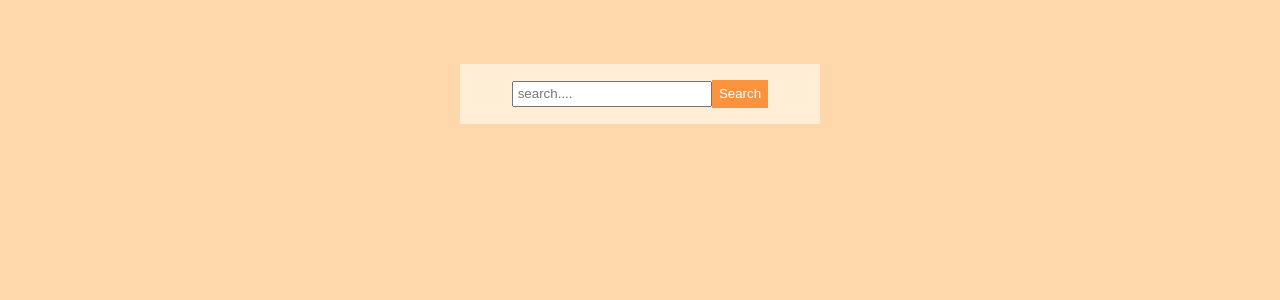
Repository: sandipkarmokar/recipeApp
Page: /
The author's editor kept a copy of each file at every save. The page is drawn from the files as they stood at one save, then again after the next save.
The browser window is 1280 px wide. The pictures show the whole page.
The project was rebuilt for these pictures with package versions that can differ from the ones it lists, and the page was loaded fresh each time.

Above is the page before, as saved 2022-04-15 16:56:51.

After the next save:
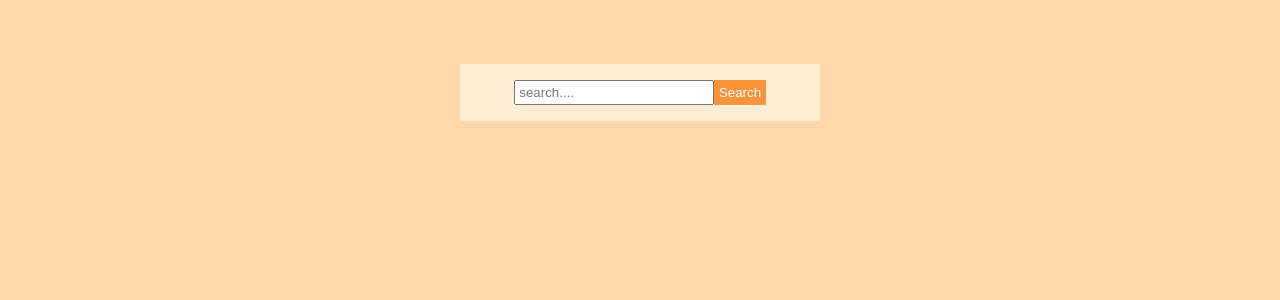
Saved 5 s later.
--- a/src/App.css
+++ b/src/App.css
@@ -39,6 +39,6 @@
 .app .app-container .searchBar .searchBar-container .search button {
     border: none;
     background-color: #fb923c;
-    padding: 0.4rem;
+    padding: 0.3rem;
     color: #fff;
 }
